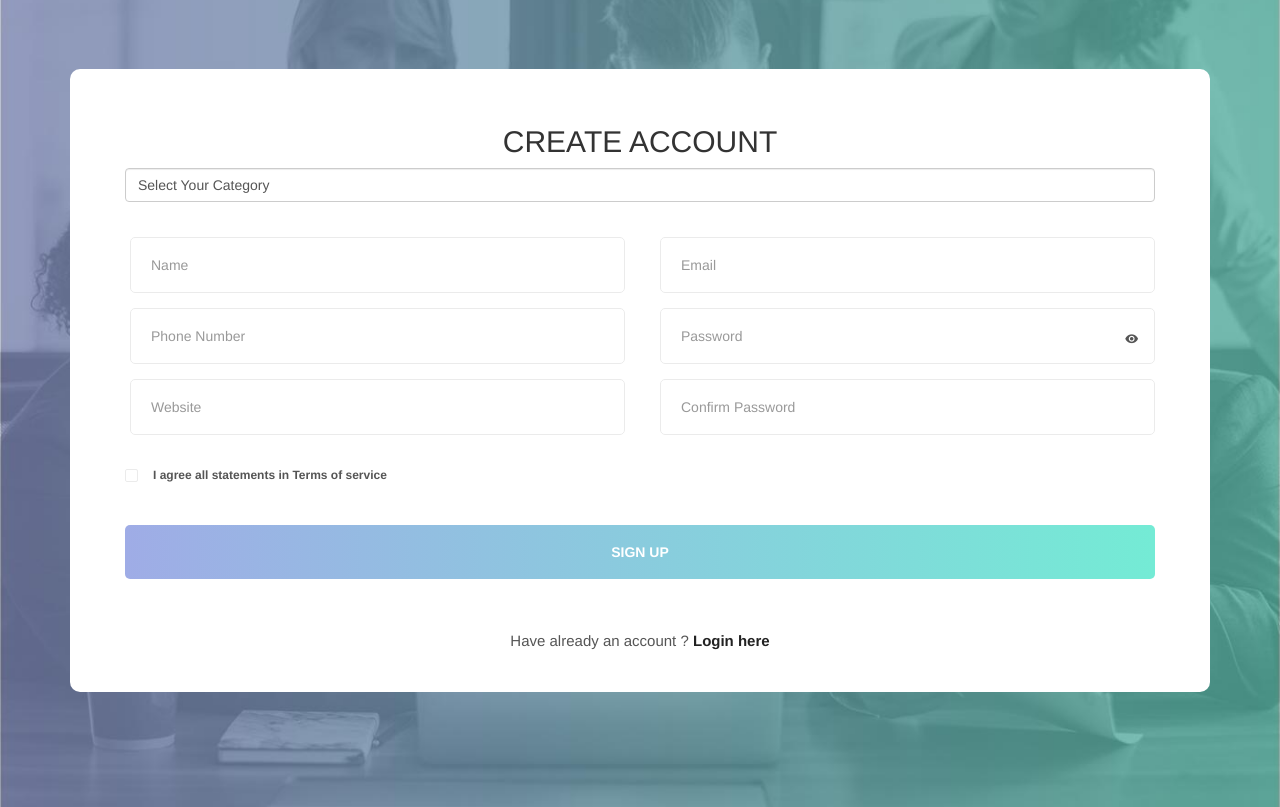
Repository: zainbt/Career_Bridge
Page: static/register/register.html
An editor plug-in stored every save of this project. The page is shown before and after the next save, followed by the edit.
The browser window is 1280 px wide. The pictures show the whole page.

Above is the page before, as saved 2019-11-18 18:42:39.

After the next save:
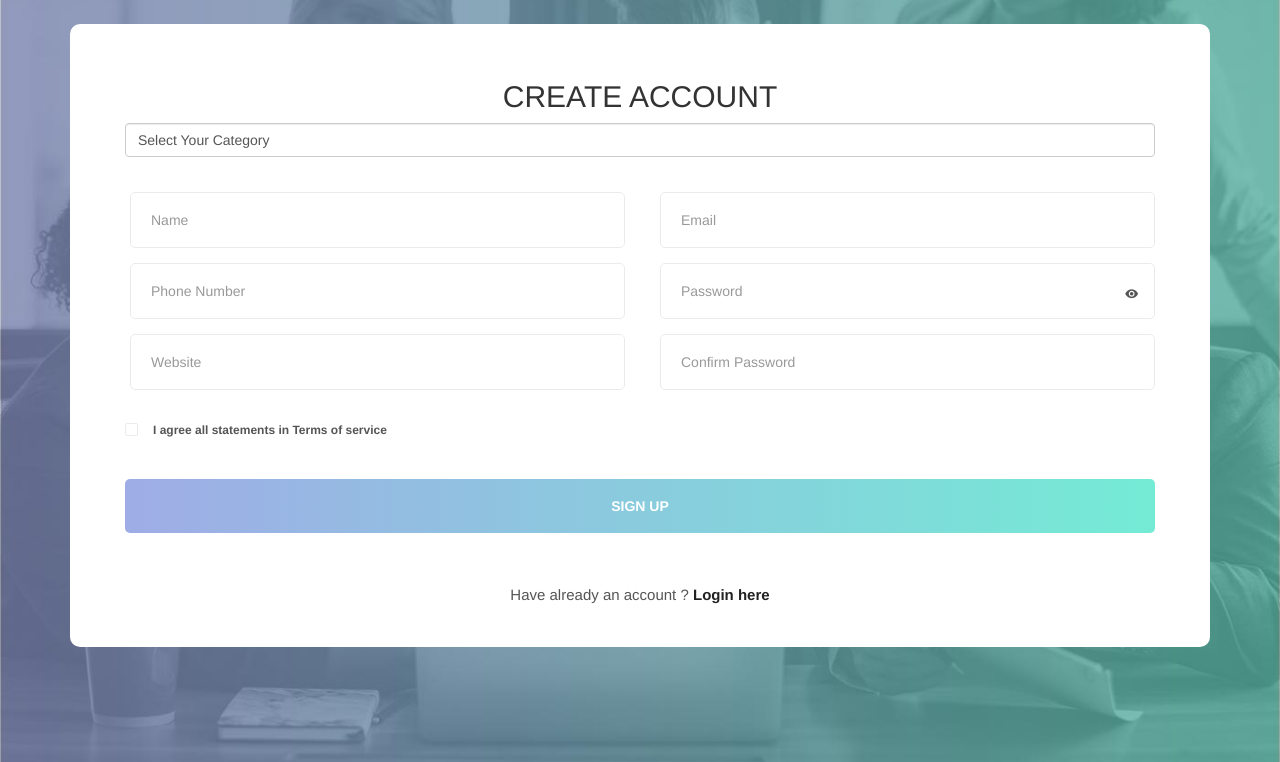
Saved 6 s later.
--- a/static/register/css/style.css
+++ b/static/register/css/style.css
@@ -245,7 +245,7 @@ body {
 
 .signup-content {
     position: relative;
-    margin-top: -4%;
+    margin-top: -8%;
     background: #fff;
     border-radius: 10px;
     -moz-border-radius: 10px;
